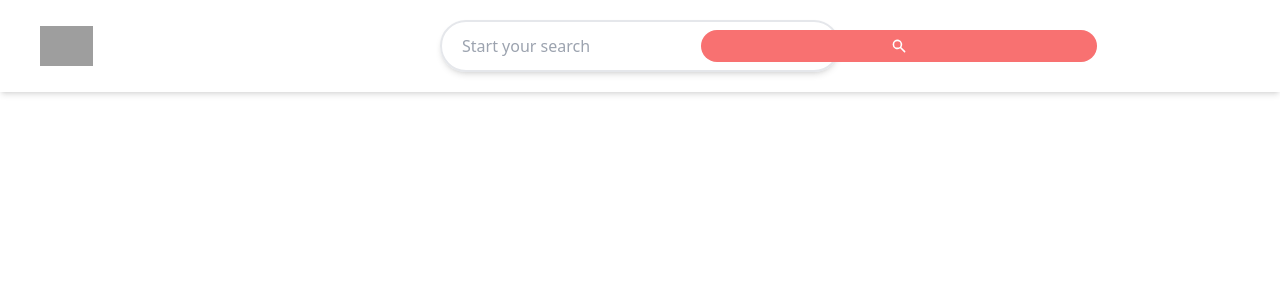
Repository: lakshithapramodya/airbnb
Page: /
An editor plug-in stored every save of this project. The page is shown before and after the next save, followed by the edit.
The browser window is 1280 px wide. The pictures show the whole page.
Pictures or frames that could not be fetched are drawn as grey boxes. The project was rebuilt for these pictures with package versions that can differ from the ones it lists, and the page was loaded fresh each time. The framework's server and built-in components were replaced by stand-ins that run in the browser. Also part of the build but not shown: next.config.js.

Above is the page before, as saved 2022-10-14 12:05:44.

### pages/_app.jsx
import "../styles/globals.css";
import { AppProps } from "next/app";

function MyApp({ Component, pageProps }) {
  return <Component {...pageProps} />;
}

export default MyApp;

### pages/index.js
import { NextPage } from "next";
import Head from "next/head";
import Image from "next/image";
import Header from "../components/Header";

const Home = () => {
  return (
    <div className="">
      <Head>
        <title>Create Next App</title>
        <link rel="icon" href="/favicon.ico" />
      </Head>

      <Header />

      {/* Banner` */}
    </div>
  );
};

export default Home;

### components/Header.js
import React from "react";
import Image from "next/image";
import { SearchIcon } from "@heroicons/react/solid";

function Header() {
  return (
    <div className="sticky top-0  z-50 grid grid-cols-3 bg-white shadow-md p-5 md:px-10">
      {/* Left */}
      <div className="relative flex item-center h-10 cursor-pointer my-auto">
        <Image
          src="https://1000logos.net/wp-content/uploads/2017/08/Airbnb-Logo.png"
          layout="fill"
          objectFit="contain"
          objectPosition="left"
        />
      </div>

      {/* Middle */}
      <div
        className="flex items-center md:border-2 rounded-full py-2
      md:shadow-md"
      >
        <input
          className="!outline-0 pl-5 bg-transparent flex-grow"
          type="text"
          placeholder="Start your search"
        />
        <SearchIcon
          className="hidden md:inline-flex h-8 bg-red-400
         text-white rounded-full p-2 cursor-pointer md:mx-2 md:min-w-full"
        />
      </div>

      {/* Right */}
      <div></div>
    </div>
  );
}

export default Header;

Loaded but not shown: styles/globals.css (common file); tailwind.config.js (common file)

After the next save:
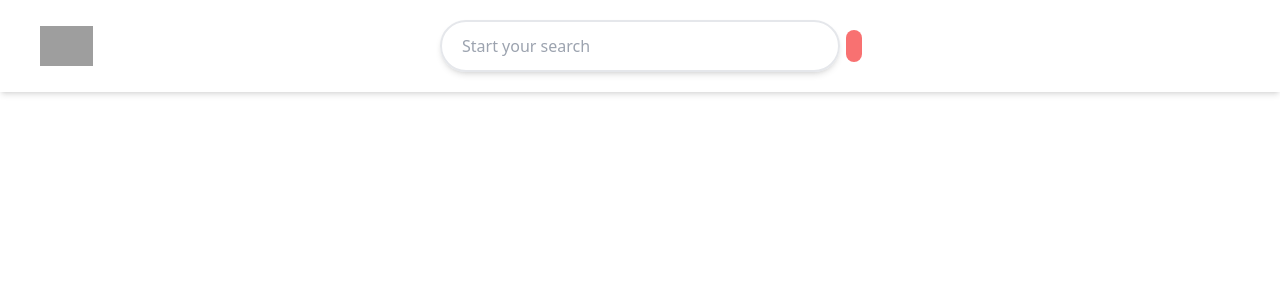
Saved 13 s later.
--- a/components/Header.js
+++ b/components/Header.js
@@ -21,13 +21,13 @@ function Header() {
       md:shadow-md"
       >
         <input
-          className="!outline-0 pl-5 bg-transparent flex-grow"
+          className="!outline-0 pl-5 bg-transparent flex-grow md:min-w-full"
           type="text"
           placeholder="Start your search"
         />
         <SearchIcon
           className="hidden md:inline-flex h-8 bg-red-400
-         text-white rounded-full p-2 cursor-pointer md:mx-2 md:min-w-full"
+         text-white rounded-full p-2 cursor-pointer md:mx-2 "
         />
       </div>
 
